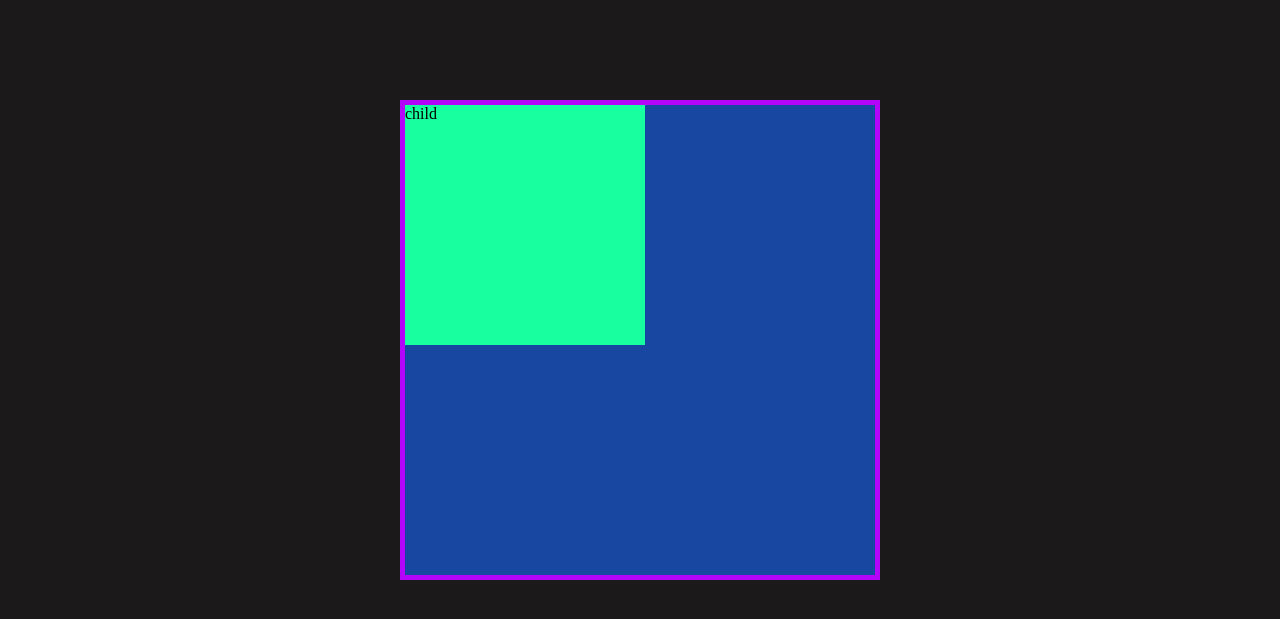
Repository: badhon252/revision
Page: Day-5/index.html
The author's editor kept a copy of each file at every save. The page is drawn from the files as they stood at one save, then again after the next save.
The browser window is 1280 px wide. The pictures show the whole page.
The pointer rests on the first visible `.child`.

Above is the page before, as saved 2022-02-11 22:50:19.

After the next save:
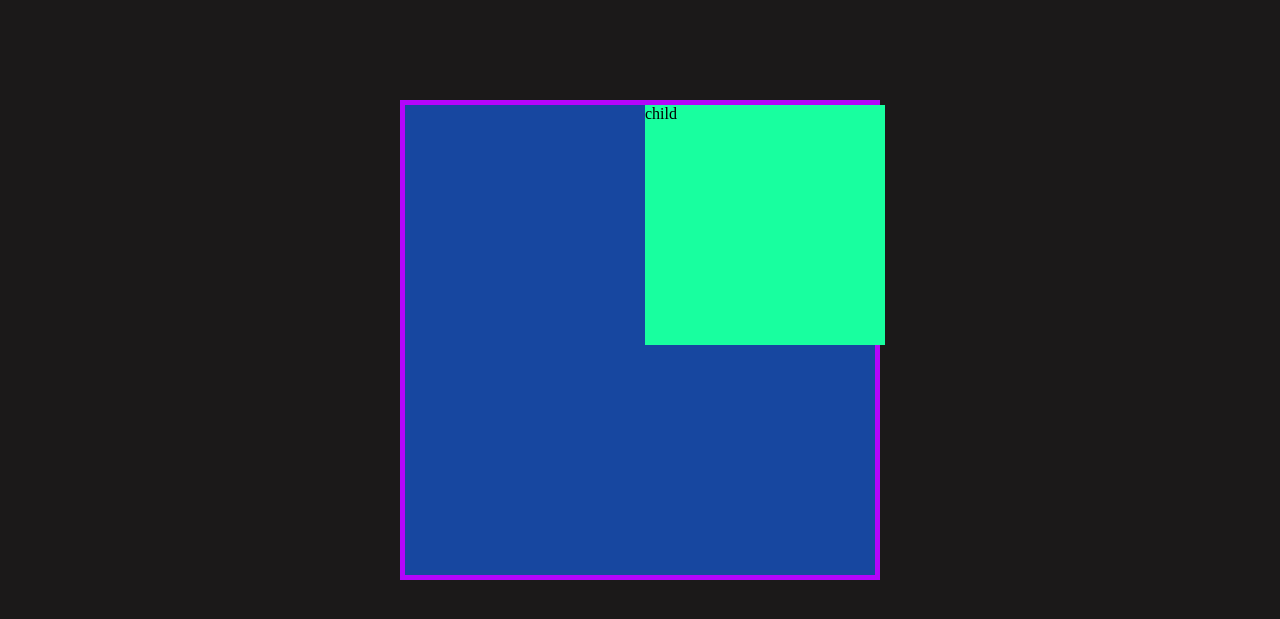
Saved 34 s later.
--- a/Day-5/index.css
+++ b/Day-5/index.css
@@ -22,4 +22,5 @@
 
 .child:hover {
   background-color: rgb(24, 255, 159);
+  transform: translateX(100%);
 }
